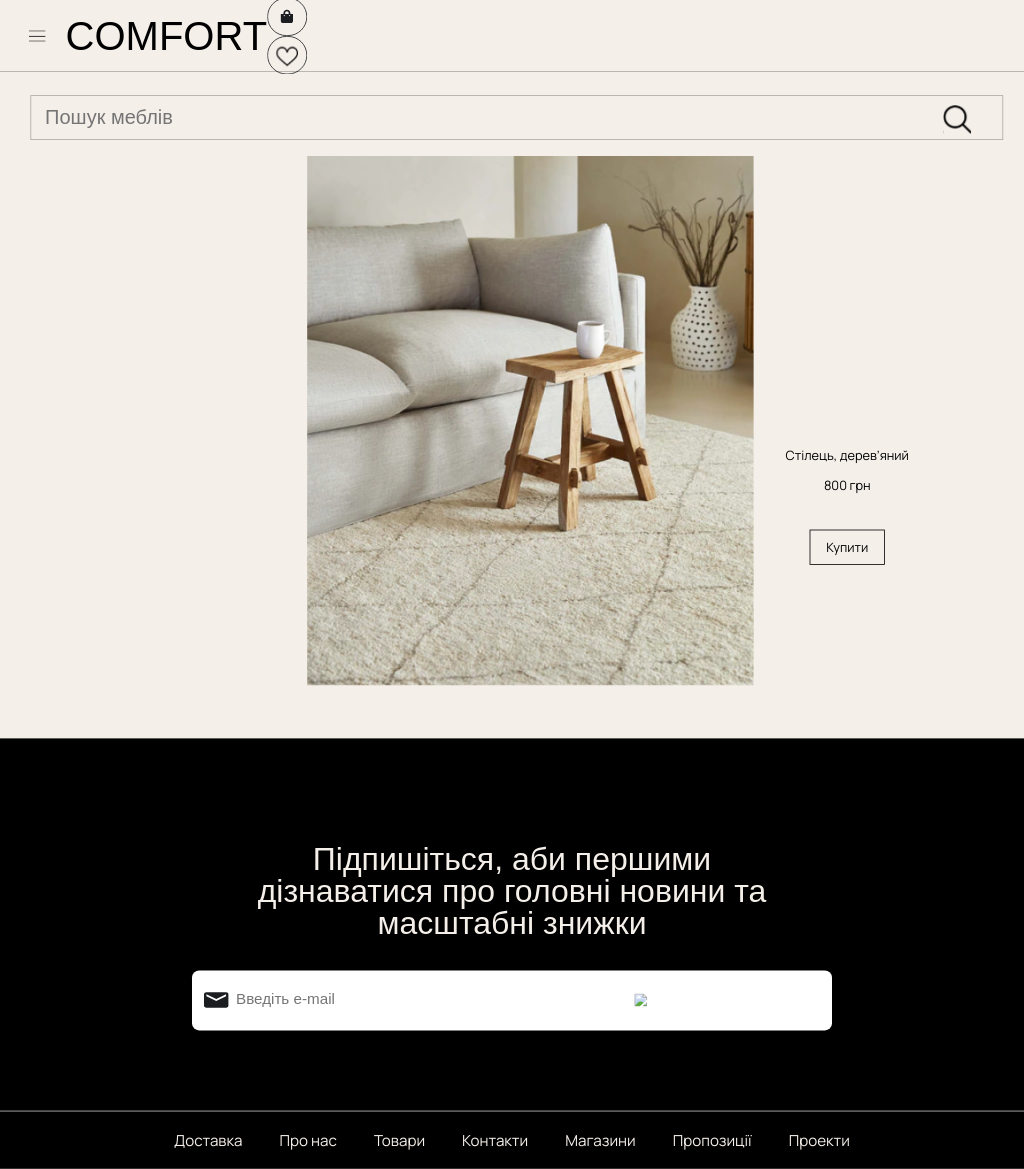
Repository: malykhinaIra/laravel
Page: http://localhost/item/1
These files come from the project's save history. The page is drawn as it stood at one moment and after the next save; the edit follows.
The browser window is 1280 px wide. The pictures show the whole page, at 80% of full size.
Some web fonts or font styles are not loaded; a fallback is used. The page is served by the project's Laravel application, run on PHP 8.4 with Laravel 9.

Above is the page before, as saved 2022-05-09 23:32:56.

After the next save:
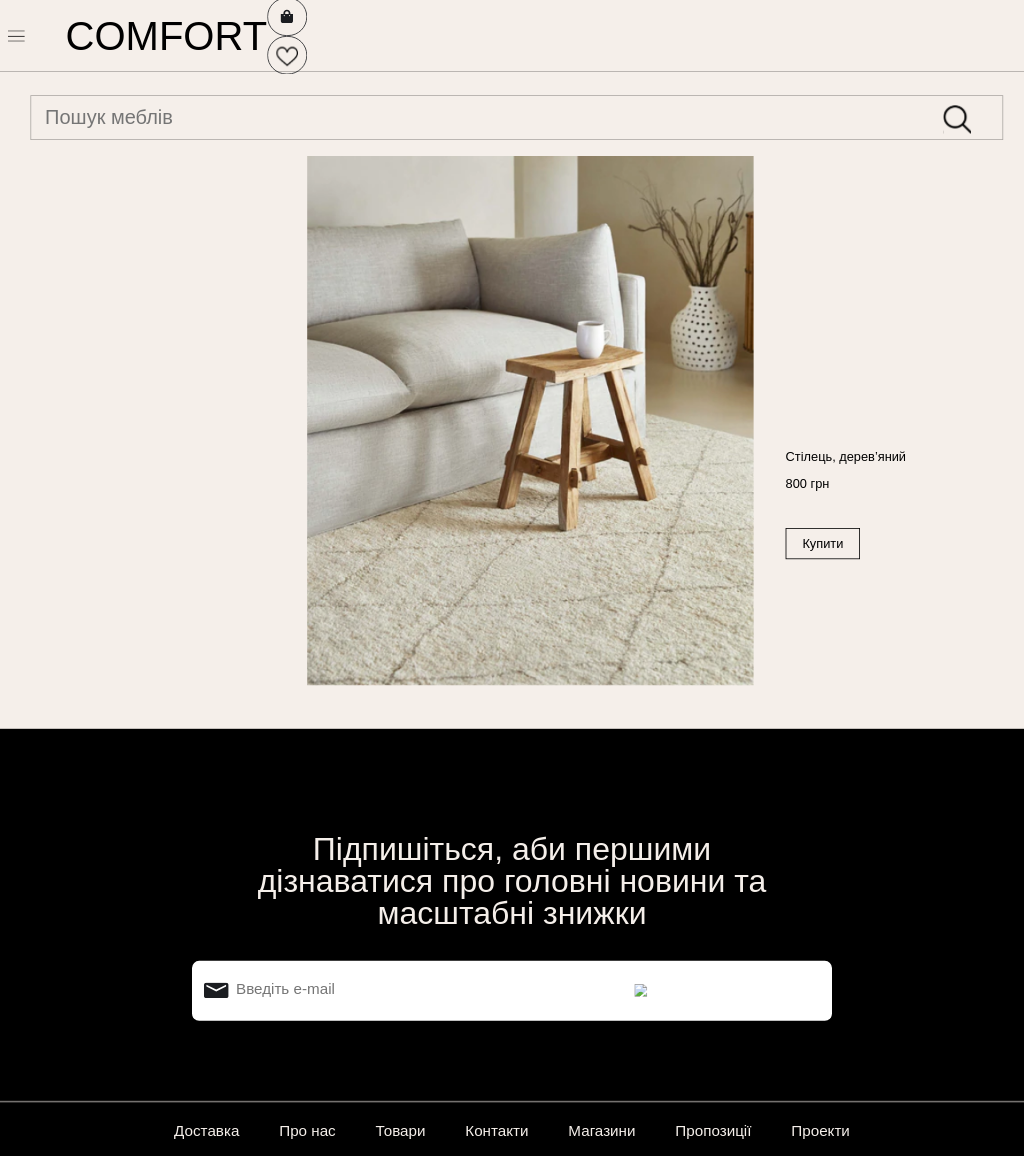
Saved 19 s later.
--- a/blog/resources/views/item.blade.php
+++ b/blog/resources/views/item.blade.php
@@ -1,8 +1,6 @@
 @extends('layouts.header')
 @section('content')
 <head>
-    <link href="https://fonts.googleapis.com/css2?family=Lexend&family=Manrope:wght@200;300;400;500;600&display=swap" rel="stylesheet">
-    <link rel="stylesheet" href="css/form.css">
     <link rel="stylesheet" href="css/catalog.css">
 </head>
 <body style='background-color: #F5EFEA;'>
